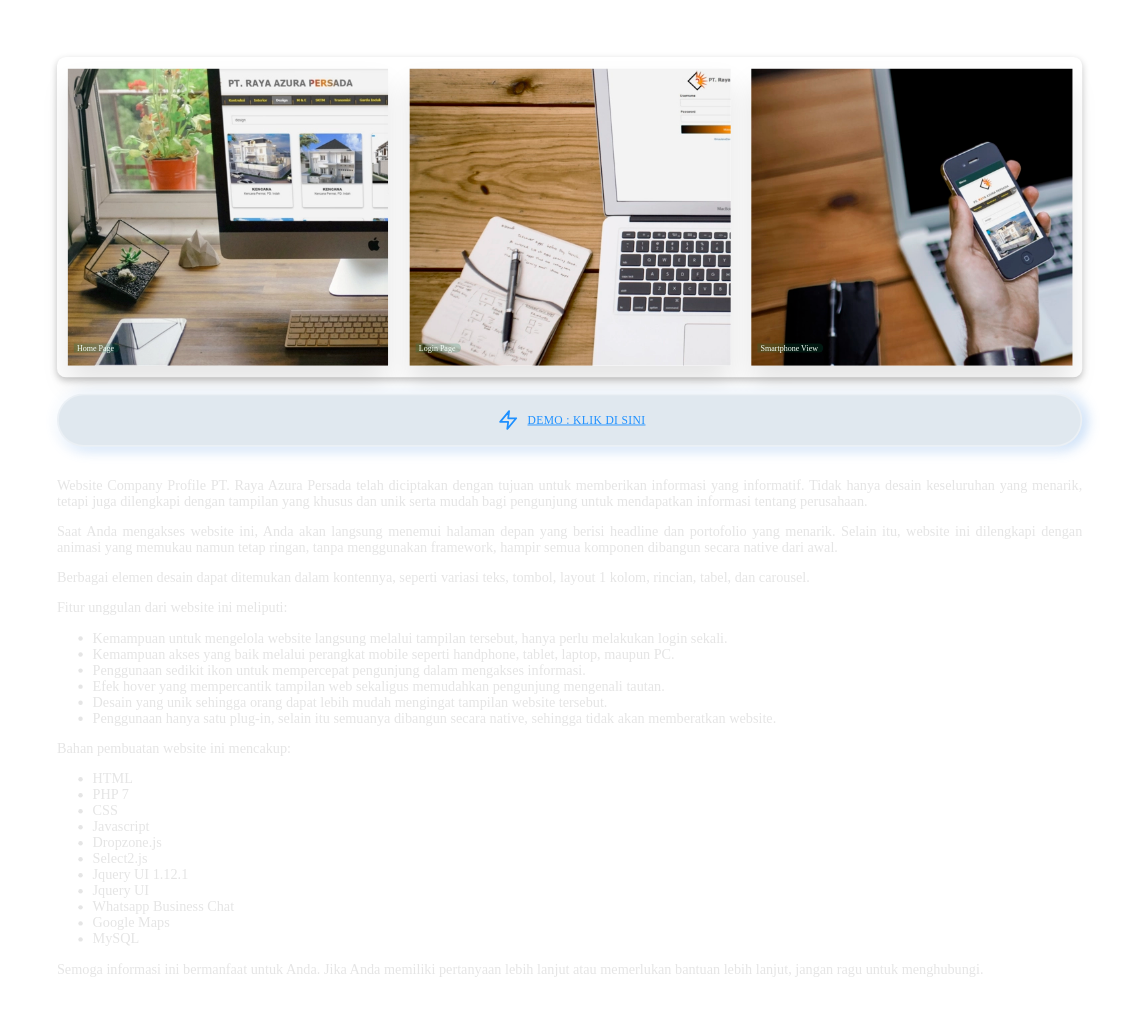
Repository: yusup-maulana/yusup-maulana.github.io
Page: portofolio-websiteRAP.html
The author's editor kept a copy of each file at every save. The page is drawn from the files as they stood at one save, then again after the next save.
The browser window is 1280 px wide. The pictures show the whole page, at 89% of full size.
Some web fonts or font styles are not loaded; a fallback is used.

Above is the page before, as saved 2023-10-06 23:11:04.

### portofolio-websiteRAP.html
<style type="text/css">
  @import url("https://fonts.googleapis.com/css?family=Baloo+Chettan+2&display=swap");

  .body2::-webkit-scrollbar {
    width: 0.5em;
  }

  .body2::-webkit-scrollbar-track {
    box-shadow: inset 0 0 6px rgb(167 167 167 / 41%);
    background-color: #061e29;
  }

  .body2::-webkit-scrollbar-thumb {
    background-color: #00f1ffab;
  }

  .body2 {
    font-family: "Baloo Chettan 2";
    color: #e5e5e5;
    margin: 2%;
    text-align: justify;
    padding: 3%;
  }

  .body2 a {
    color: dodgerblue;
  }

  /* table wisata ...................*/
  .twisata {
  }

  .twisata tr {
    background: linear-gradient(90deg, #1193a1, transparent);
    color: white;
    font-weight: 900;
    border: 3px solid #ffffff;
  }

  .twisata tr td {
  }

  .twisata tr td span {
    background: #bdffda;
    font-weight: 900;
    padding: 1px 6px;
    border-radius: 5px;
    color: #08102b;
  }

  /* wisata-container ...................*/
  .container-wisata {
    box-shadow: rgb(0 0 0 / 24%) 0px 3px 8px;
    display: flex;
    width: 100%;
    padding: 1% 0%;
    box-sizing: border-box;
    height: 50vh;
    border-radius: 10px;
  }

  .boxwisata {
    flex: 1;
    overflow: hidden;
    transition: 0.5s;
    margin: 1px 1%;
    box-shadow: 0 20px 30px rgba(0, 0, 0, 0.1);
    line-height: 0;
  }

  .boxwisata > img {
    width: 200%;
    height: calc(100% - 10vh);
    object-fit: cover;
    transition: 0.5s;
    height: 100% !important;
  }

  .boxwisata > span {
    position: relative;
    left: 7px;
    font-size: xx-small;
    color: #f5fff7 !important;
    bottom: 20px;
    white-space: nowrap;
    background-color: rgb(1 118 74 / 20%);
    padding: 0 6px 0 4px;
    border-radius: 0 10px 10px 0;
  }

  .boxwisata:hover {
    flex: 1 1 50%;
  }

  .boxwisata:hover > img {
    width: 100%;
    height: 100%;
  }

  .btn-portofolio {
    display: flex;
    align-items: center;
    justify-content: center;
    gap: 10px;
    font-family: inherit;
    font-size: 13px;
    font-weight: 500;
    text-transform: uppercase;
    letter-spacing: 0.4px;
    color: #7e97b8;
    background-color: #e0e8ef;
    border-style: solid;
    border-width: 2px 2px 2px 2px;
    border-color: rgba(255, 255, 255, 0.333);
    border-radius: 40px 40px 40px 40px;
    padding: 16px 24px 16px 28px;
    transform: translate(0px, 0px) rotate(0deg);
    transition: 0.2s;
    box-shadow: -4px -2px 16px 0px #ffffff,
      4px 2px 16px 0px rgb(95 157 231 / 48%);
  }

  .btn-portofolio:hover {
    color: #516d91;
    background-color: #e5edf5;
    box-shadow: -2px -1px 8px 0px #ffffff, 2px 1px 8px 0px rgb(95 157 231 / 48%);
  }

  .btn-portofolio:active {
    box-shadow: none;
  }
</style>
<div class="container-wisata">
  <div class="boxwisata">
    <img alt="Curug Cipalasari" src="IMG/webrap1/webrap1.webp" />
    <span>Home Page</span>
  </div>
  <div class="boxwisata">
    <img alt="Curug Cipalasari" src="IMG/webrap1/webrap2.webp" />
    <span>Login Page</span>
  </div>
  <div class="boxwisata">
    <img alt="Curug Cipalasari" src="IMG/webrap1/webrap3.webp" />
    <span>Smartphone View</span>
  </div>
</div>
<br />

<body class="body2">
  <a
    class="btn-portofolio"
    target="_blank"
    href="https://salamnunggal.000webhostapp.com/"
  >
    <svg
      viewBox="0 0 24 24"
      width="24"
      height="24"
      stroke="currentColor"
      stroke-width="2"
      fill="none"
      stroke-linecap="round"
      stroke-linejoin="round"
      class="css-i6dzq1"
    >
      <polygon points="13 2 3 14 12 14 11 22 21 10 12 10 13 2"></polygon>
    </svg>
    Demo : Klik di sini
  </a>
  <br />

  <p>
    Website Company Profile PT. Raya Azura Persada telah diciptakan dengan
    tujuan untuk memberikan informasi yang informatif. Tidak hanya desain
    keseluruhan yang menarik, tetapi juga dilengkapi dengan tampilan yang khusus
    dan unik serta mudah bagi pengunjung untuk mendapatkan informasi tentang
    perusahaan.
  </p>

  <p>
    Saat Anda mengakses website ini, Anda akan langsung menemui halaman depan
    yang berisi headline dan portofolio yang menarik. Selain itu, website ini
    dilengkapi dengan animasi yang memukau namun tetap ringan, tanpa menggunakan
    framework, hampir semua komponen dibangun secara native dari awal.
  </p>

  <p>
    Berbagai elemen desain dapat ditemukan dalam kontennya, seperti variasi
    teks, tombol, layout 1 kolom, rincian, tabel, dan carousel.
  </p>

  <p>Fitur unggulan dari website ini meliputi:</p>
  <ul>
    <li>
      Kemampuan untuk mengelola website langsung melalui tampilan tersebut,
      hanya perlu melakukan login sekali.
    </li>
    <li>
      Kemampuan akses yang baik melalui perangkat mobile seperti handphone,
      tablet, laptop, maupun PC.
    </li>
    <li>
      Penggunaan sedikit ikon untuk mempercepat pengunjung dalam mengakses
      informasi.
    </li>
    <li>
      Efek hover yang mempercantik tampilan web sekaligus memudahkan pengunjung
      mengenali tautan.
    </li>
    <li>
      Desain yang unik sehingga orang dapat lebih mudah mengingat tampilan
      website tersebut.
    </li>
    <li>
      Penggunaan hanya satu plug-in, selain itu semuanya dibangun secara native,
      sehingga tidak akan memberatkan website.
    </li>
  </ul>

  <p>Bahan pembuatan website ini mencakup:</p>
  <ul>
    <li>HTML</li>
    <li>PHP 7</li>
    <li>CSS</li>
    <li>Javascript</li>
    <li>Dropzone.js</li>
    <li>Select2.js</li>
    <li>Jquery UI 1.12.1</li>
    <li>Jquery UI</li>
    <li>Whatsapp Business Chat</li>
    <li>Google Maps</li>
    <li>MySQL</li>
  </ul>

  <p>
    Semoga informasi ini bermanfaat untuk Anda. Jika Anda memiliki pertanyaan
    lebih lanjut atau memerlukan bantuan lebih lanjut, jangan ragu untuk
    menghubungi.
  </p>
</body>

After the next save:
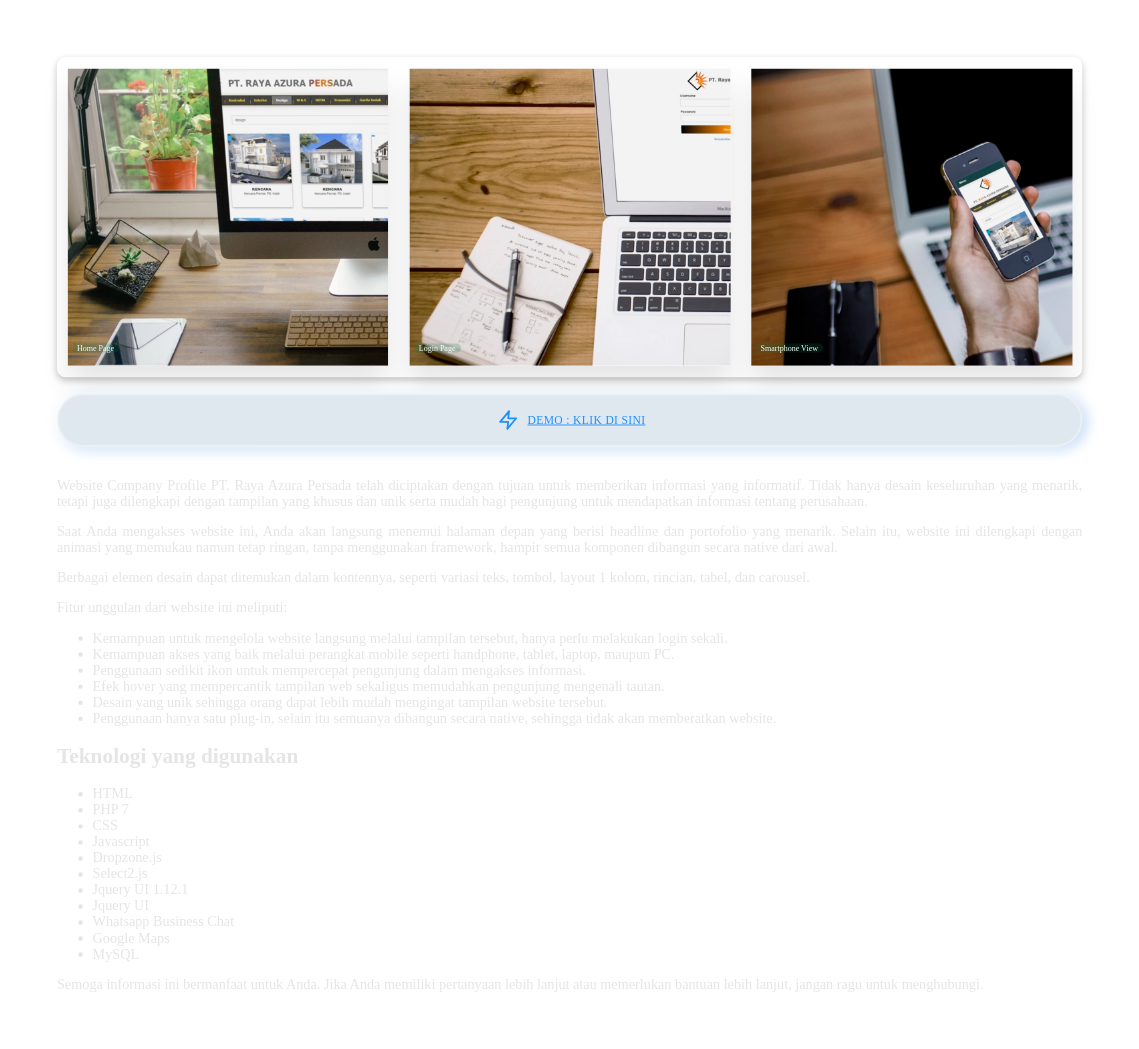
Saved 31 s later.
--- a/portofolio-websiteRAP.html
+++ b/portofolio-websiteRAP.html
@@ -217,7 +217,7 @@
     </li>
   </ul>
 
-  <p>Bahan pembuatan website ini mencakup:</p>
+  <h2>Teknologi yang digunakan</h2>
   <ul>
     <li>HTML</li>
     <li>PHP 7</li>
